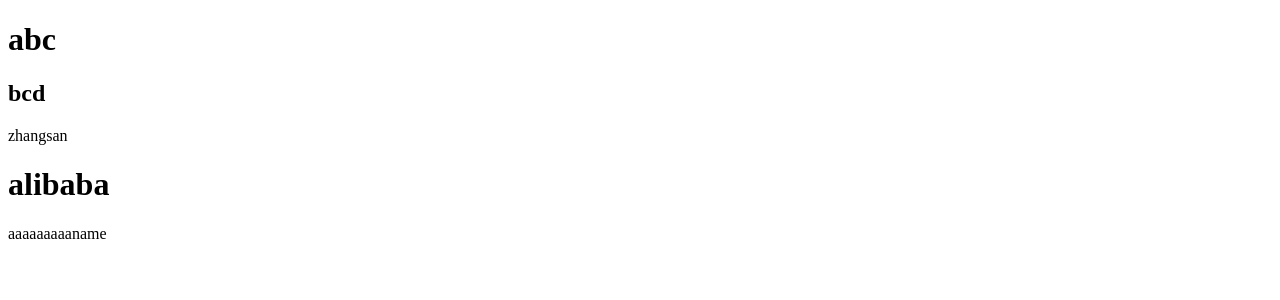
Repository: yunlovebo/anti35
Page: vue/render/index.html
These files come from the project's save history. The page is drawn as it stood at one moment and after the next save; the edit follows.
The browser window is 1280 px wide. The pictures show the whole page.

Above is the page before, as saved 2020-01-14 17:27:46.

After the next save:
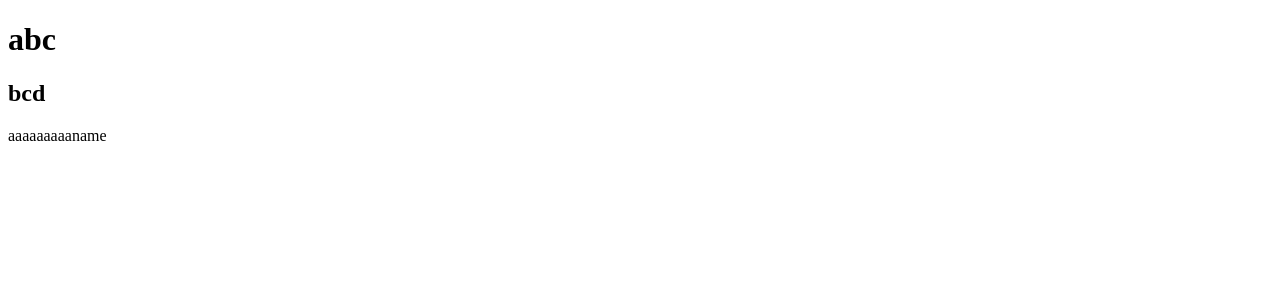
Saved 99 s later.
--- a/vue/render/index.html
+++ b/vue/render/index.html
@@ -21,7 +21,12 @@
             </template> -->
 
             <!-- sprops可以解构赋值 -->
-            <template v-slot:default="{ user, company }">
+            <!-- <template v-slot:default="{ user, company }">
+                <p>{{ user.name }}</p>
+                <h1>{{ company.name }}</h1>
+
+            </template> -->
+            <template #efault="{ user, company }">
                 <p>{{ user.name }}</p>
                 <h1>{{ company.name }}</h1>
 

After the save that followed:
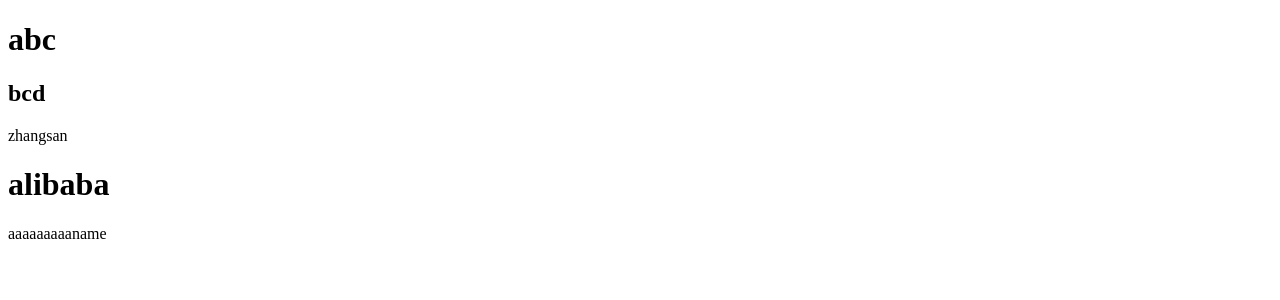
Saved 25 s later.
--- a/vue/render/index.html
+++ b/vue/render/index.html
@@ -26,7 +26,7 @@
                 <h1>{{ company.name }}</h1>
 
             </template> -->
-            <template #efault="{ user, company }">
+            <template #default="{ user, company }">
                 <p>{{ user.name }}</p>
                 <h1>{{ company.name }}</h1>
 
